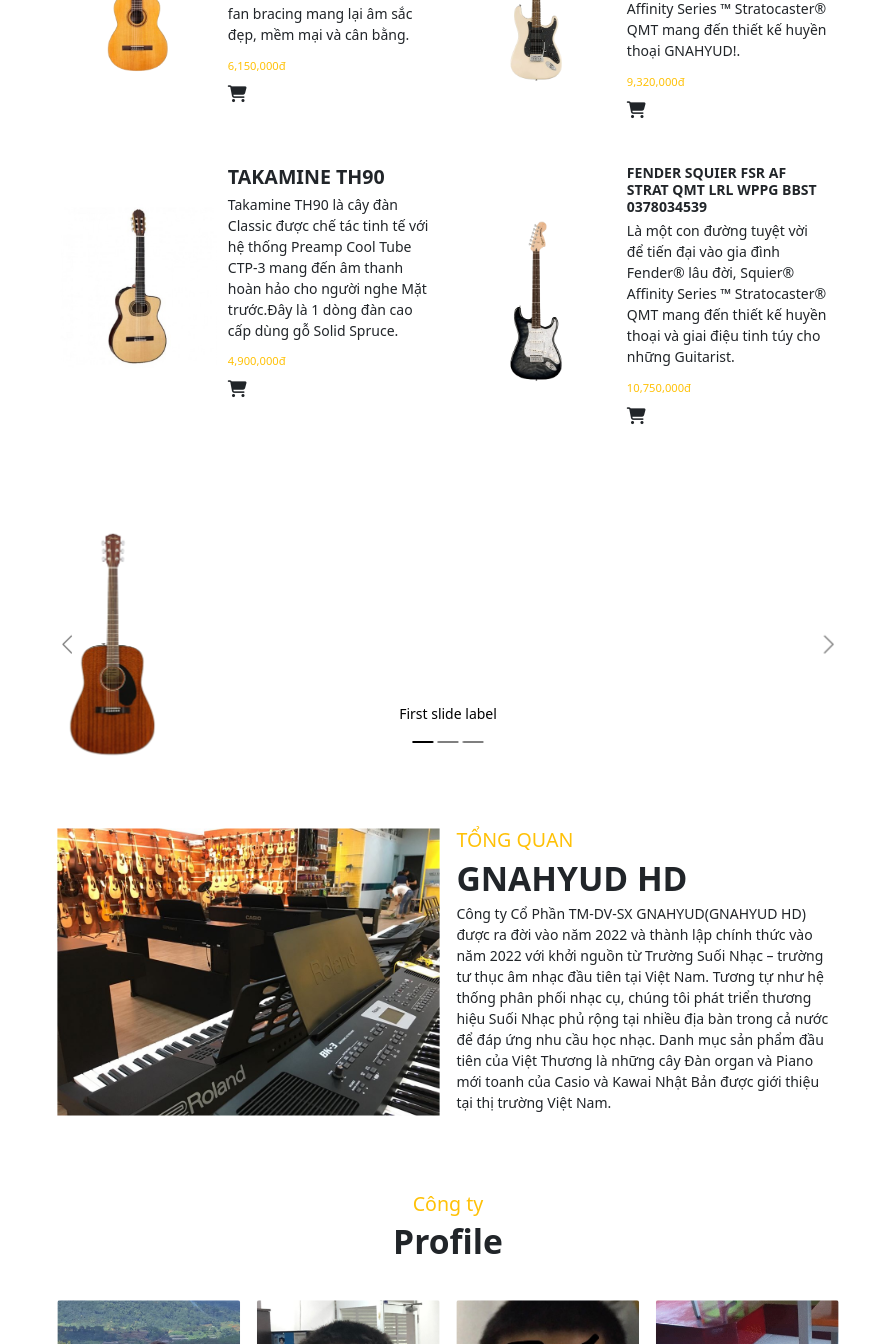
Repository: HoangDuy315/guitar
Page: index.html
These files come from the project's save history. The page is drawn as it stood at one moment and after the next save; the edit follows.
The browser window is 1280 px wide. The pictures show the part of the page from y = 1431 to 3351 px (the page is 4869 px tall), at 70% of full size.
Some web libraries are served in a nearby version.

Above is the page before, as saved 2022-09-16 15:38:57.

After the next save:
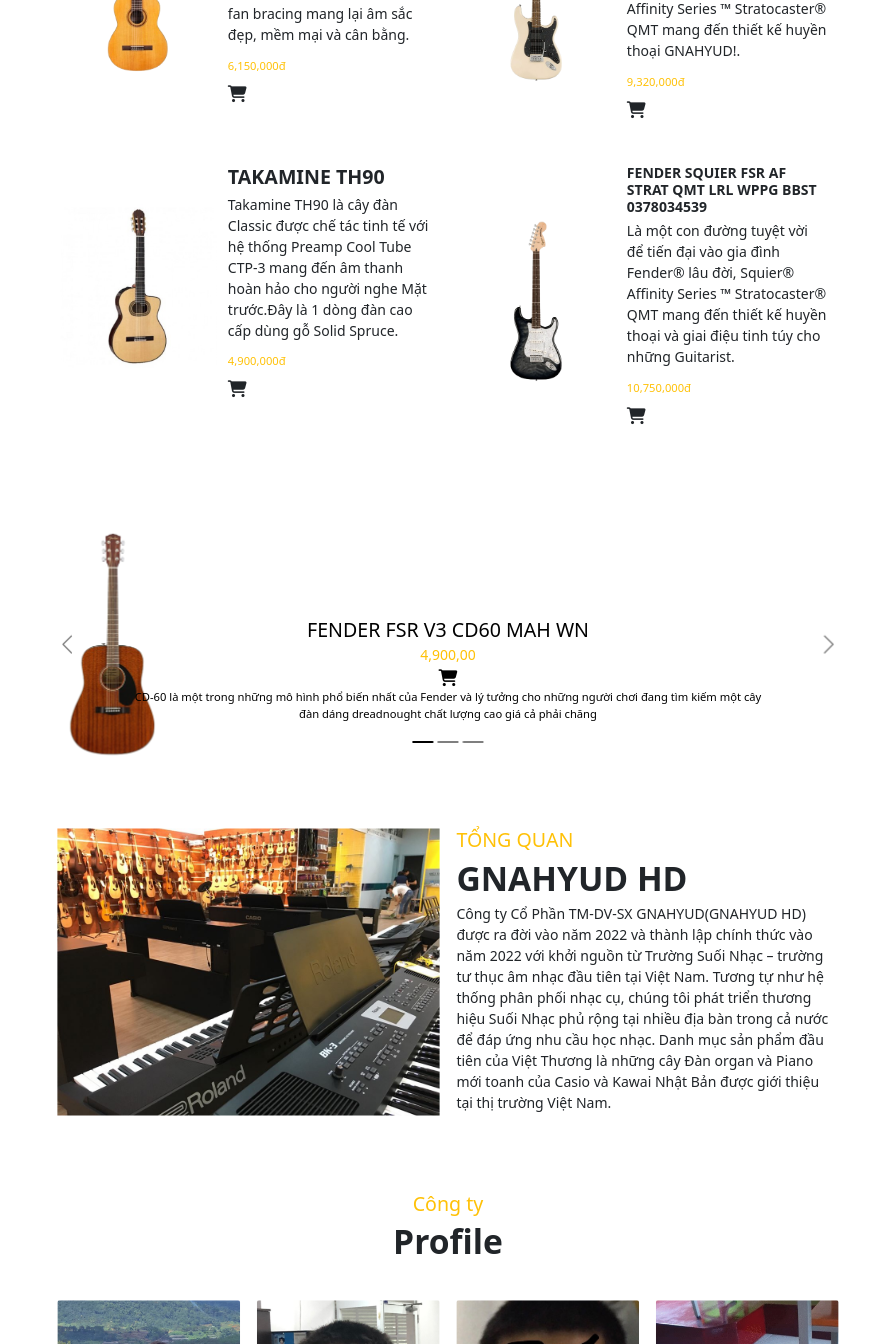
Saved 2 min 3 s later.
--- a/index.html
+++ b/index.html
@@ -207,8 +207,10 @@
         <div class="carousel-item active" data-bs-interval="10000">
           <img src="./assets/ac1.png" class="d-block w-25 h-25" alt="...">
           <div class="carousel-caption d-none d-md-block">
-            <h5>First slide label</h5>
-            <p></p>
+            <h3>FENDER FSR V3 CD60 MAH WN</h3>
+            <h5 class="text-warning">4,900,00</h5>
+            <i class="fa-solid fa-cart-shopping fs-4"></i>
+            <p>CD-60 là một trong những mô hình phổ biến nhất của Fender và lý tưởng cho những người chơi đang tìm kiếm một cây đàn dáng dreadnought chất lượng cao giá cả phải chăng</p>
           </div>
         </div>
         <div class="carousel-item" data-bs-interval="2000">
